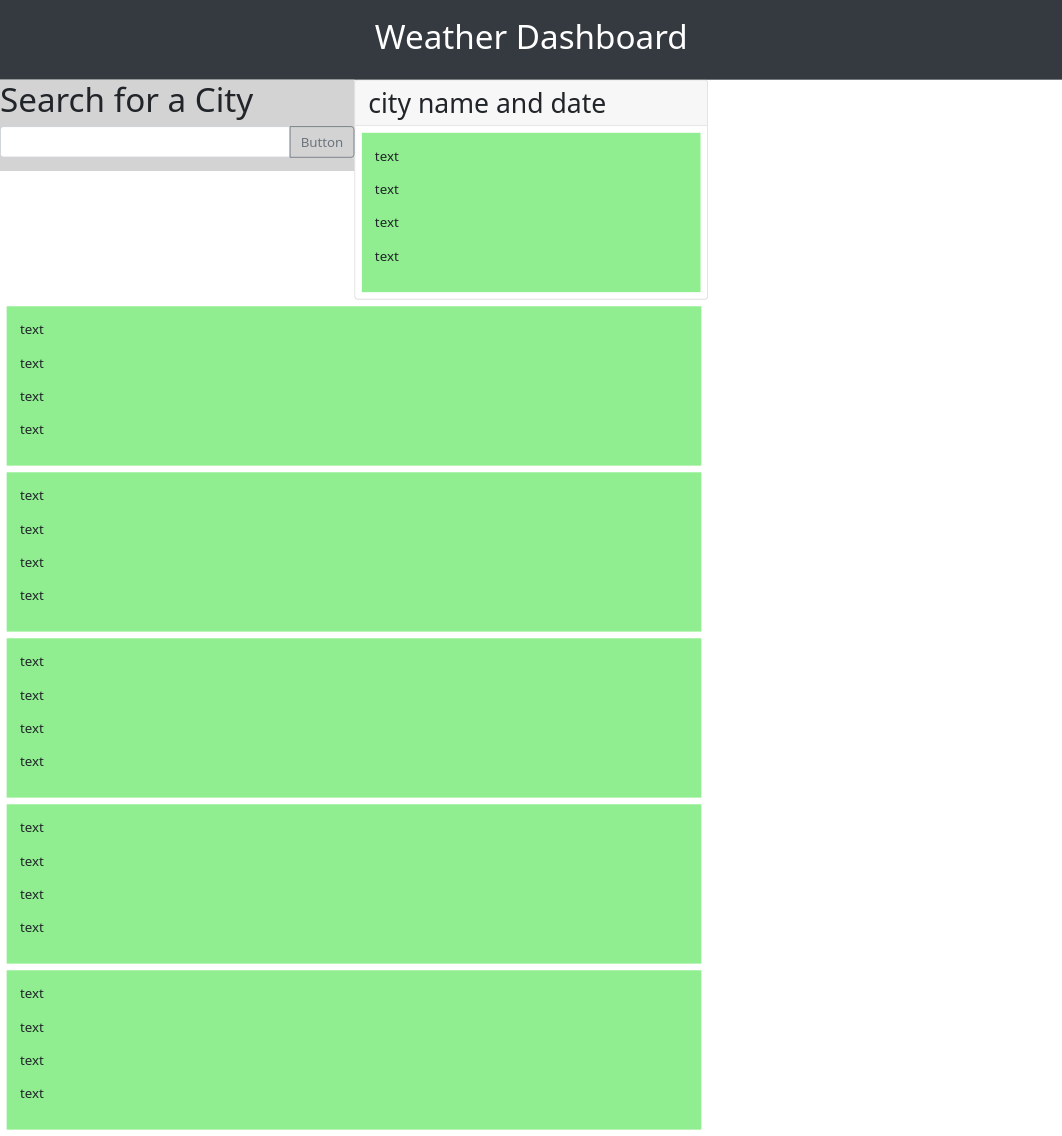
Repository: ziffoit/Weather_Dashboard
Page: index.html
These files come from the project's save history. The page is drawn as it stood at one moment and after the next save; the edit follows.
The browser window is 1280 px wide. The pictures show the whole page, at 83% of full size.

Above is the page before, as saved 2021-03-25 14:58:40.

### index.html
<!DOCTYPE html>
<html lang="en">
  <head>
    <meta charset="UTF-8" />
    <meta name="viewport" content="width=device-width, initial-scale=1.0" />
    <link
      href="https://cdn.jsdelivr.net/npm/bootstrap@5.0.0-beta3/dist/css/bootstrap.min.css"
      rel="stylesheet"
      integrity="sha384-eOJMYsd53ii+scO/bJGFsiCZc+5NDVN2yr8+0RDqr0Ql0h+rP48ckxlpbzKgwra6"
      crossorigin="anonymous"
    />
    <link rel="stylesheet" href="./Assets/style.css" />
    <title>Document</title>
  </head>
  <body>
    <header id="header">
      <h1>Weather Dashboard</h1>
    </header>
    <aside class="col-md-4">
      <h1>Search for a City</h1>
      <div class="input-group mb-3">
        <input type="text" class="form-control" />
        <button
          class="btn btn-outline-secondary"
          type="button"
          id="button-addon2"
        >
          Button
        </button>
      </div>
      <div></div>
    </aside>
    <section class="col-lg-8">
        <div class="card">
          <h2 class="card-header">city name and date</h5>
          <div class="card-body">
            <p>text</p>
            <p>text</p>
            <p>text</p>
            <p>text</p>
          </div>
        </div>
        <section>
          <div class="card-body">
            <p>text</p>
            <p>text</p>
            <p>text</p>
            <p>text</p>
          </div>
          <div class="card-body">
            <p>text</p>
            <p>text</p>
            <p>text</p>
            <p>text</p>
          </div>
          <div class="card-body">
            <p>text</p>
            <p>text</p>
            <p>text</p>
            <p>text</p>
          </div>
          <div class="card-body">
            <p>text</p>
            <p>text</p>
            <p>text</p>
            <p>text</p>
          </div>
          <div class="card-body">
            <p>text</p>
            <p>text</p>
            <p>text</p>
            <p>text</p>
          </div>
        </section>
    </section>
  </body>
</html>

### Assets/style.css
#header {
  text-align: center;
  background-color: #343a40;
  padding: 20px;
}

header > h1 {
  color: white;
}

aside {
  background-color: lightgray;
  float: left;
}

#main {
  float: right;
}

.card-body {
  background-color: lightgreen;
  margin: 8px;
}

After the next save:
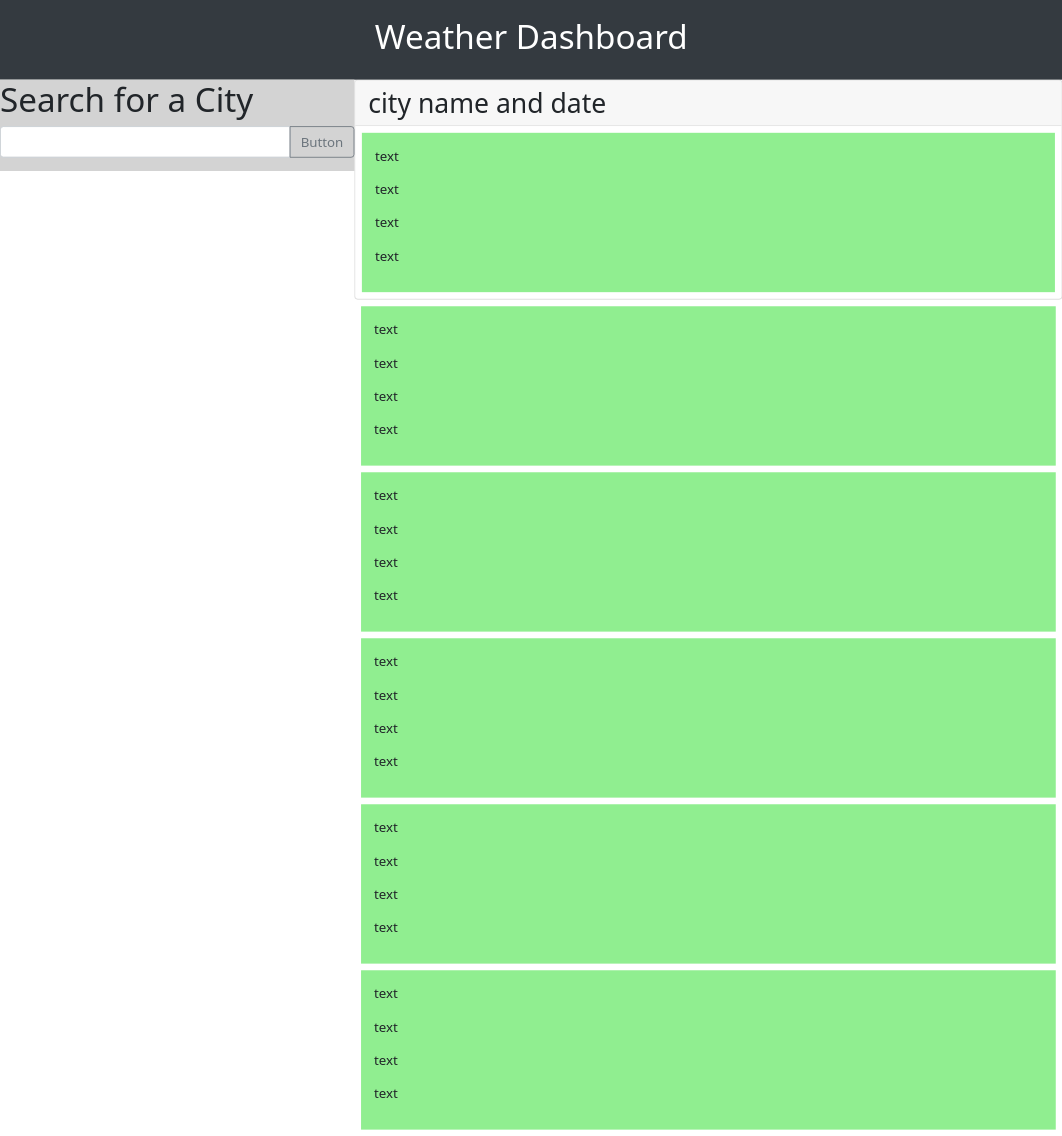
Saved 2 min 7 s later.
--- a/index.html
+++ b/index.html
@@ -30,7 +30,7 @@
       </div>
       <div></div>
     </aside>
-    <section class="col-lg-8">
+    <section class="col-lg-8" id="main">
         <div class="card">
           <h2 class="card-header">city name and date</h5>
           <div class="card-body">
